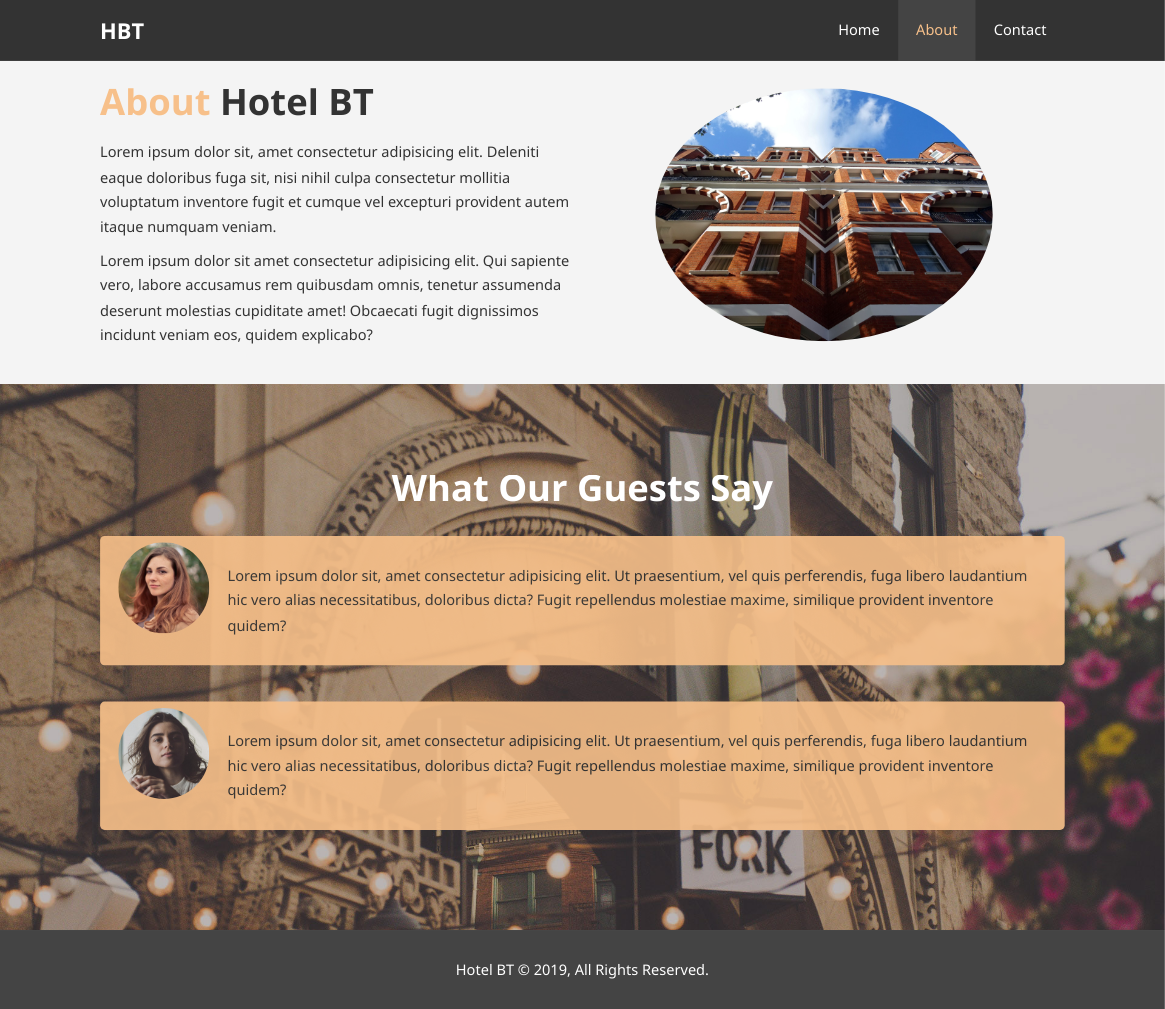
Repository: minhtien9/hotel-website
Page: contact.html
An editor plug-in stored every save of this project. The page is shown before and after the next save, followed by the edit.
The browser window is 1280 px wide. The pictures show the whole page, at 91% of full size.

Above is the page before, as saved 2021-08-14 18:47:46.

After the next save:
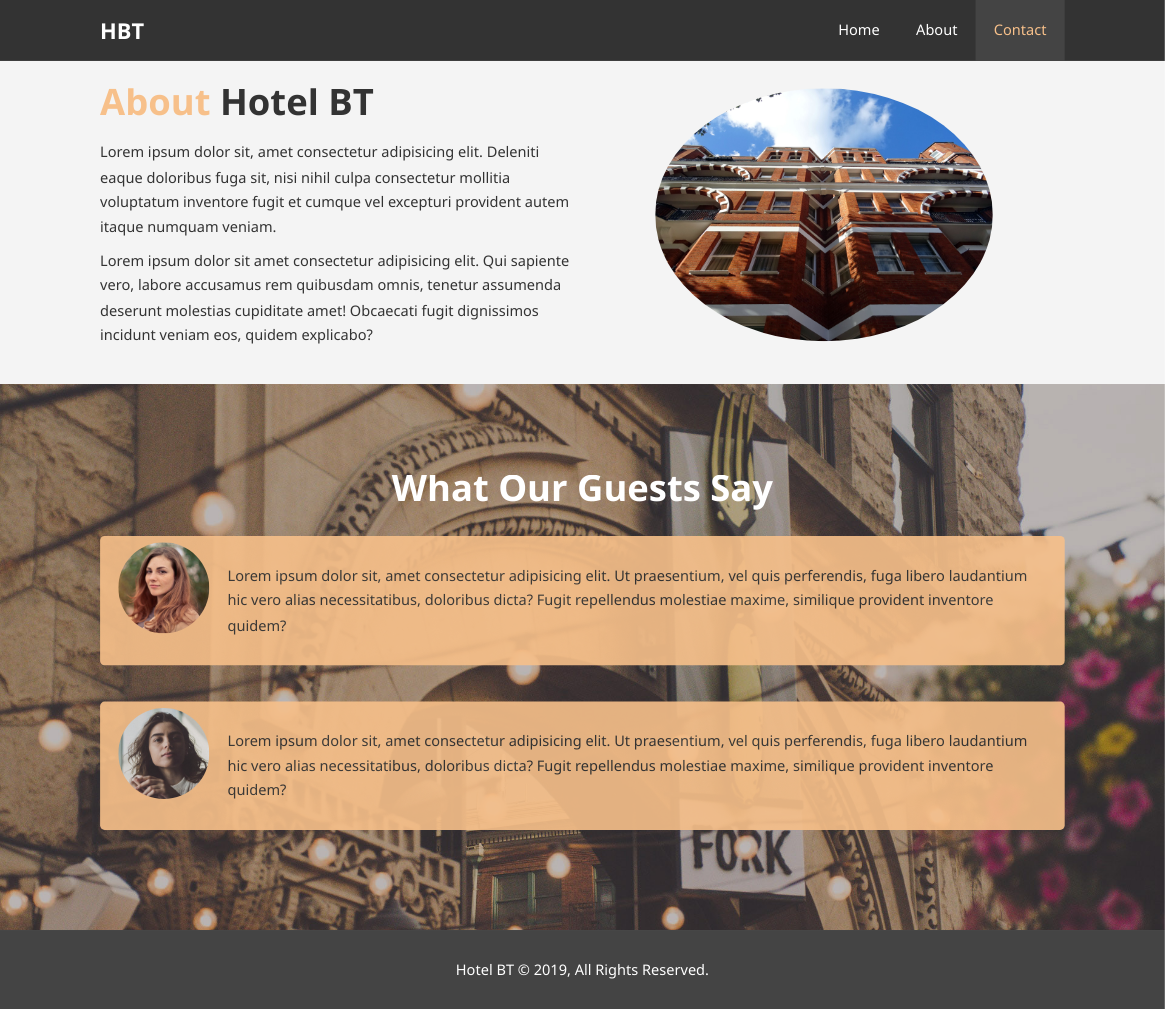
Saved 14 s later.
--- a/contact.html
+++ b/contact.html
@@ -20,8 +20,8 @@
                     <a href="index.html"></a> HBT</h1>
                 <ul>
                     <li><a href="index.html">Home</a></li>
-                    <li><a class="current" href="about.html">About</a></li>
-                    <li><a href="contact.html">Contact</a></li>
+                    <li><a href="about.html">About</a></li>
+                    <li><a class="current" href="contact.html">Contact</a></li>
                 </ul>
             </div>
         </nav>
